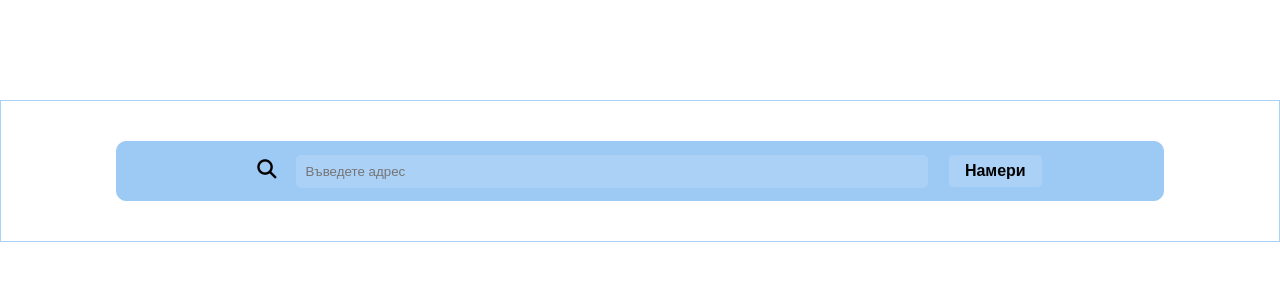
Repository: GeryZlatev/address-search
Page: /
These files come from the project's save history. The page is drawn as it stood at one moment and after the next save; the edit follows.
The browser window is 1280 px wide. The pictures show the whole page.
Some web libraries are served in a nearby version. The project was rebuilt for these pictures with package versions that can differ from the ones it lists, and the page was loaded fresh each time.

Above is the page before, as saved 2021-04-09 21:45:03.

### public/index.html
<!DOCTYPE html>
<html lang="en">
  <head>
    <script src="https://kit.fontawesome.com/667fcc0939.js" crossorigin="anonymous"></script>
    <meta charset="utf-8" />
    <link rel="icon" href="%PUBLIC_URL%/favicon.ico" />
    <meta name="viewport" content="width=device-width, initial-scale=1" />
    <meta name="viewport" content="width=device-width, initial-scale=1.0">
    <meta name="theme-color" content="#000000" />
    <meta
      name="description"
      content="Web site created using create-react-app"
    />
    <link rel="apple-touch-icon" href="%PUBLIC_URL%/logo192.png" />
    <!--
      manifest.json provides metadata used when your web app is installed on a
      user's mobile device or desktop. See https://developers.google.com/web/fundamentals/web-app-manifest/
    -->
    <link rel="manifest" href="%PUBLIC_URL%/manifest.json" />
    <!--
      Notice the use of %PUBLIC_URL% in the tags above.
      It will be replaced with the URL of the `public` folder during the build.
      Only files inside the `public` folder can be referenced from the HTML.

      Unlike "/favicon.ico" or "favicon.ico", "%PUBLIC_URL%/favicon.ico" will
      work correctly both with client-side routing and a non-root public URL.
      Learn how to configure a non-root public URL by running `npm run build`.
    -->
    <title>React App</title>
  </head>
  <body>
    <noscript>You need to enable JavaScript to run this app.</noscript>
    <div id="root"></div>
    <!--
      This HTML file is a template.
      If you open it directly in the browser, you will see an empty page.

      You can add webfonts, meta tags, or analytics to this file.
      The build step will place the bundled scripts into the <body> tag.

      To begin the development, run `npm start` or `yarn start`.
      To create a production bundle, use `npm run build` or `yarn build`.
    -->
  </body>
</html>

### src/index.css

body {
margin: 100px auto;
border: 1px solid #ACD1F6;
}

code {
  font-family: source-code-pro, Menlo, Monaco, Consolas, 'Courier New',
    monospace;
}

### src/App.js

import './App.css';
import SearchBar from './components/SearchBar';

function App() {
  return (
    <div className="App">
      <SearchBar/>
    </div>
  );
}

export default App;

### src/App.css
.App {
  text-align: center;
  margin: 20px auto;

}

### src/components/SearchBar/SearchBar.js
import style from './SearchBar.module.css';

const SearchBar = () => {

    return (
        <div className={style["searchbar-wrapper"]}>
            <form className={style["search-form"]}>
                <label htmlFor="search">

                    <i class="fas fa-search"></i>
                </label>
                    <input
                    type="text"
                    autoComplete="true"
                    placeholder="Въведете адрес"
                    name="search"
                    id="search"
                    />

                <input
                    type="submit"
                    value="Намери"
                />

            </form>
        </div>
    )

}

export default SearchBar;

### src/components/SearchBar/SearchBar.module.css
.searchbar-wrapper {
    max-width: 80%;
    margin: 40px auto;
    padding: 12px;
    background: #9DC9F5;
    border: 1px solid #9DC9F5;
    border-radius: 10px;

}

.search-form {
    max-width: 100%;
}

.search-form label {
    margin: 20px;
    font-size: larger;
    font-weight: bold;
    cursor: pointer;

}

.search-form input[type="text"] {
    min-width: 30%;
    width: 60%;
    min-height: 7%;
    margin-right: 20px;
    padding: 8px;
    outline: none;
    border: 1px solid #ACD1F6;
    border-radius: 5px;
    background: #ACD1F6;
}

.search-form input[type="submit"] {
    font-size: 16px;
    font-weight: bold;
    padding: 7px 16px;
    border: 1px solid #9DC9F5;
    border-radius: 5px;
    cursor: pointer;
    background: #ACD1F6;
    outline: none;
}

/* .search-form input[type="submit"]:hover {
    background: transparent;
    color: white;
} */

@media only screen and (max-width:620px) {
    .searchbar-wrapper {
    max-width: 90vh;
    padding: 20px 8px;
    background: #9DC9F5;
    opacity: 0.8;
    }

    .search-form {
    max-width: 75%;
    margin: 0px auto;
}

.search-form input[type="text"] {
    width: 100%;
    margin: 5px auto;
    /* background: #ACD1F6; */
}

.search-form input[type="submit"]  {
    display: block;
    width: 80%;
    margin: 0px auto;
    cursor: pointer;
}

.search-form input[type="submit"]:hover {
    border: 1px solid cornsilk;

}

.search-form label {
    font-size: x-large;
}
}

Loaded but not shown: src/index.js (common file); src/reportWebVitals.js (common file); src/components/SearchBar/index.js (common file)

After the next save:
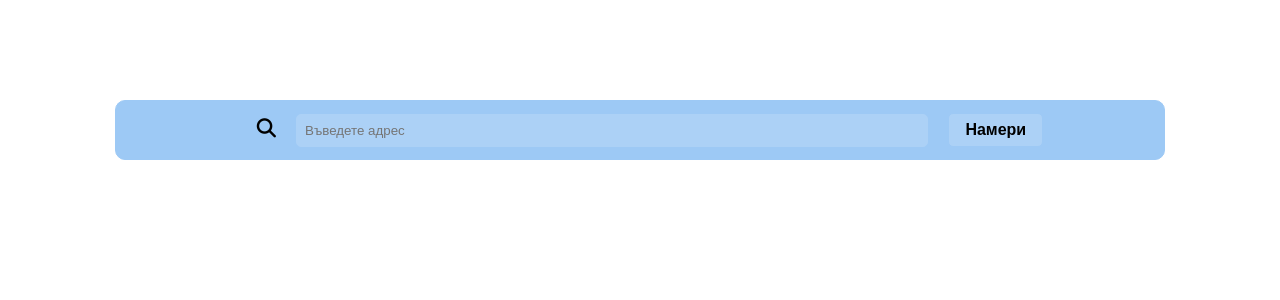
Saved 111 s later.
--- a/src/index.css
+++ b/src/index.css
@@ -1,7 +1,7 @@
 
 body {
 margin: 100px auto;
-border: 1px solid #ACD1F6;
+
 }
 
 code {
